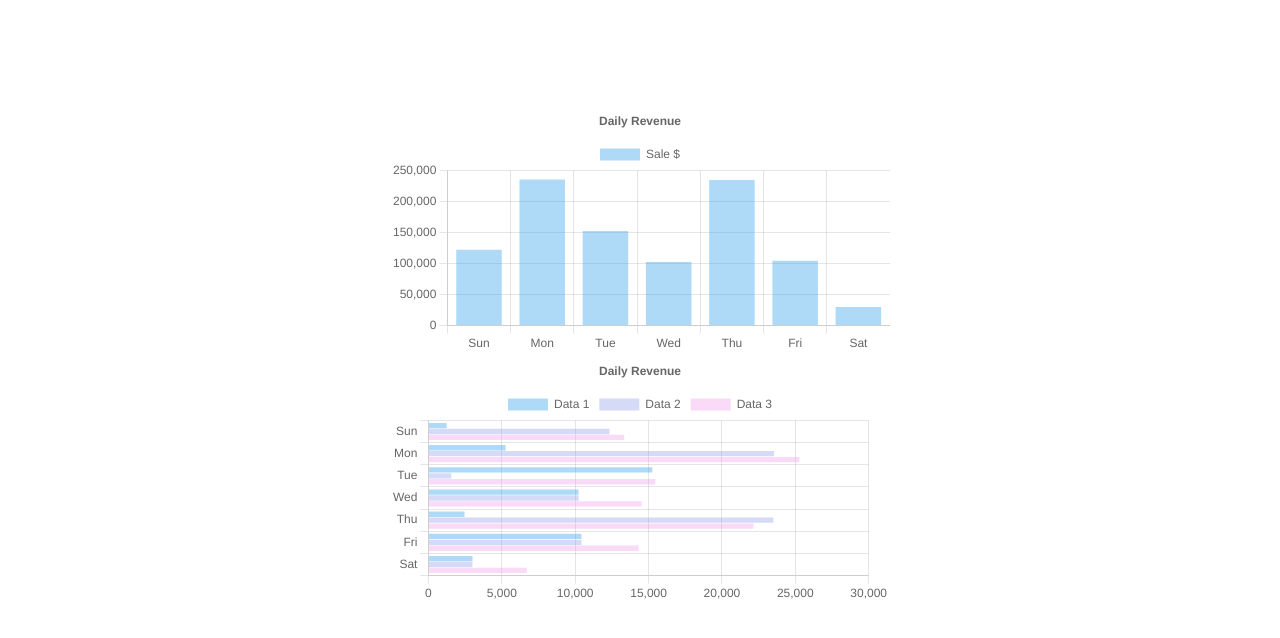
Repository: k8ANStar/exercise-5
Page: /
These files come from the project's save history. The page is drawn as it stood at one moment and after a run of saves; the edit follows.
The browser window is 1280 px wide. The pictures show the whole page.
The project was rebuilt for these pictures with package versions that can differ from the ones it lists, and the page was loaded fresh each time. The framework's server and built-in components were replaced by stand-ins that run in the browser. Also part of the build but not shown: next.config.mjs.

Above is the page before, as saved 2024-04-15 10:29:26.

### pages/index.js
import styles from "@/styles/Home.module.css";
import VerticalChart from "@/components/VerticalChart";
import HorizontalChart from "@/components/HorizontalChart";

export default function Home() {
	return (
		<>
			<main className={`${styles.main} `}>
				<VerticalChart />

				<HorizontalChart />
			</main>
		</>
	);
}

### styles/Home.module.css
.main {
	display: flex;
	flex-direction: column;
	justify-content: space-between;
	align-items: center;
	padding: 6rem;
	min-height: 30vh;
}

### components/VerticalChart/index.js
import styles from "./VerticalChart.module.css";
import { Bar } from "react-chartjs-2";
import {
	Chart as ChartJS,
	CategoryScale,
	LinearScale,
	BarElement,
	Title,
	Tooltip,
	Legend,
} from "chart.js";

import { useEffect, useState } from "react";

ChartJS.register(
	CategoryScale,
	LinearScale,
	BarElement,
	Title,
	Tooltip,
	Legend
);

export default function VerticalChart() {
	const [chartData, setChartData] = useState({
		datasets: [],
	});
	const [chartOptions, setChartOptions] = useState({});

	useEffect(() => {
		setChartData({
			labels: ["Sun", "Mon", "Tue", "Wed", "Thu", "Fri", "Sat"],
			datasets: [
				{
					label: "Sale $",
					data: [122340, 235256, 152455, 102430, 234561, 104326, 30000],
					borderColor: "rgb(53, 162, 235)",
					backgroundColor: "rgb(53, 162, 235, 0.4)",
				},
			],
		});

		setChartOptions({
			plugins: {
				legend: {
					postion: "top",
				},
				title: {
					display: true,
					text: "Daily Revenue",
				},
			},
			maintainAspectRatio: false,
			responsive: true,
		});
	}, []);

	return (
		<div>
			<Bar
				data={chartData}
				options={chartOptions}
				style={{ width: "500px", height: "300px" }}
			/>
		</div>
	);
}

### components/HorizontalChart/index.js
import styles from "./HorizontalChart.module.css";
import { Bar } from "react-chartjs-2";
import {
	Chart as ChartJS,
	CategoryScale,
	LinearScale,
	BarElement,
	Title,
	Tooltip,
	Legend,
} from "chart.js";

import { useEffect, useState } from "react";

ChartJS.register(
	CategoryScale,
	LinearScale,
	BarElement,
	Title,
	Tooltip,
	Legend
);

export default function HorizontalChart() {
	const [chartData, setChartData] = useState({
		datasets: [],
	});
	const [chartOptions, setChartOptions] = useState({});

	useEffect(() => {
		setChartData({
			labels: ["Sun", "Mon", "Tue", "Wed", "Thu", "Fri", "Sat"],
			datasets: [
				{
					label: "Data 1",
					data: [1240, 5256, 15255, 10230, 2456, 10426, 3000],
					borderColor: "rgb(53, 162, 235)",
					backgroundColor: "rgb(53, 162, 235, 0.4)",
				},
				{
					label: "Data 2",
					data: [12340, 23561, 1555, 10240, 23517, 10432, 3000],
					borderColor: "rgb(150, 162, 235)",
					backgroundColor: "rgb(150, 162, 235, 0.4)",
				},
				{
					label: "Data 3",
					data: [13340, 25276, 15455, 14530, 22161, 14326, 6700],
					borderColor: "rgb(240, 162, 235)",
					backgroundColor: "rgb(240, 162, 235, 0.4)",
				},
			],
		});

		setChartOptions({
			indexAxis: "y",
			plugins: {
				legend: {
					postion: "top",
				},
				title: {
					display: true,
					text: "Daily Revenue",
				},
			},
			maintainAspectRatio: true,
			responsive: true,
		});
	}, []);

	return (
		<div>
			<Bar
				data={chartData}
				options={chartOptions}
				style={{ width: "500px", height: "300px" }}
			/>
		</div>
	);
}

Loaded but not shown: pages/_app.js (common file); pages/_document.js (common file); styles/globals.css (common file); components/HorizontalChart/HorizontalChart.module.css (no stored copy; drawn as an empty file); components/VerticalChart/VerticalChart.module.css (no stored copy; drawn as an empty file)

After the next 13 saves:
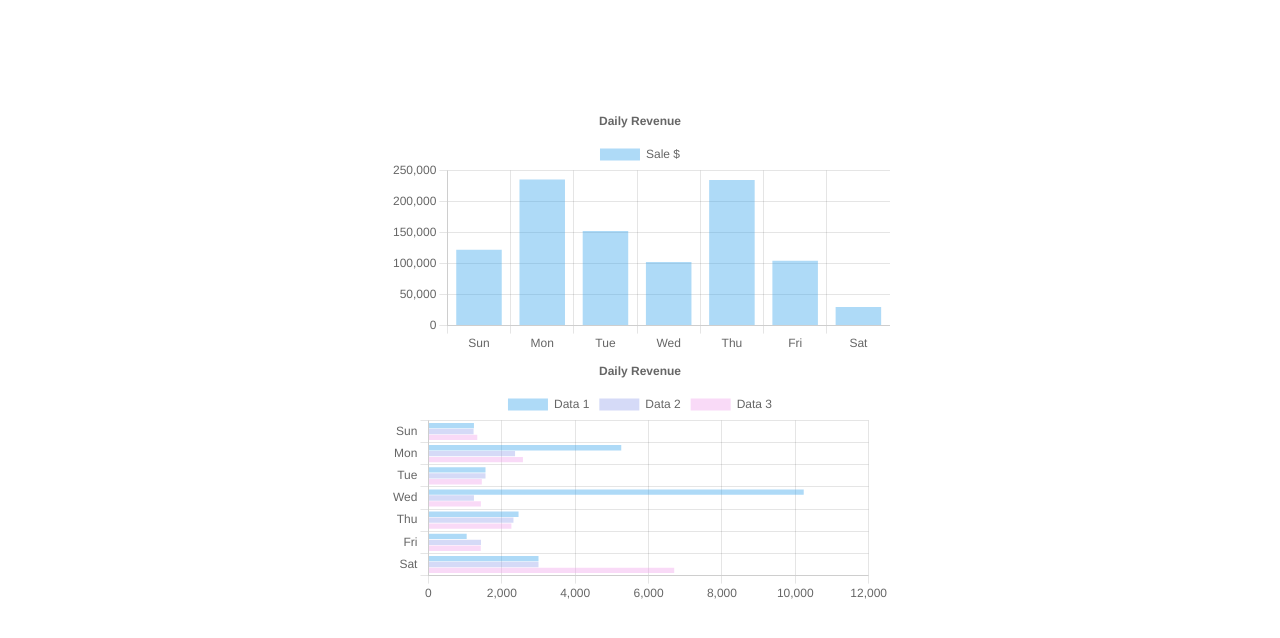
The 13 saves are shown as one change because they came seconds apart.
The last was saved 24 s later.
--- a/components/HorizontalChart/index.js
+++ b/components/HorizontalChart/index.js
@@ -33,19 +33,19 @@ export default function HorizontalChart() {
 			datasets: [
 				{
 					label: "Data 1",
-					data: [1240, 5256, 15255, 10230, 2456, 10426, 3000],
+					data: [1240, 5256, 1555, 10230, 2456, 1042, 3000],
 					borderColor: "rgb(53, 162, 235)",
 					backgroundColor: "rgb(53, 162, 235, 0.4)",
 				},
 				{
 					label: "Data 2",
-					data: [12340, 23561, 1555, 10240, 23517, 10432, 3000],
+					data: [1230, 2361, 1555, 1240, 2317, 1432, 3000],
 					borderColor: "rgb(150, 162, 235)",
 					backgroundColor: "rgb(150, 162, 235, 0.4)",
 				},
 				{
 					label: "Data 3",
-					data: [13340, 25276, 15455, 14530, 22161, 14326, 6700],
+					data: [1330, 2576, 1455, 1430, 2261, 1426, 6700],
 					borderColor: "rgb(240, 162, 235)",
 					backgroundColor: "rgb(240, 162, 235, 0.4)",
 				},
